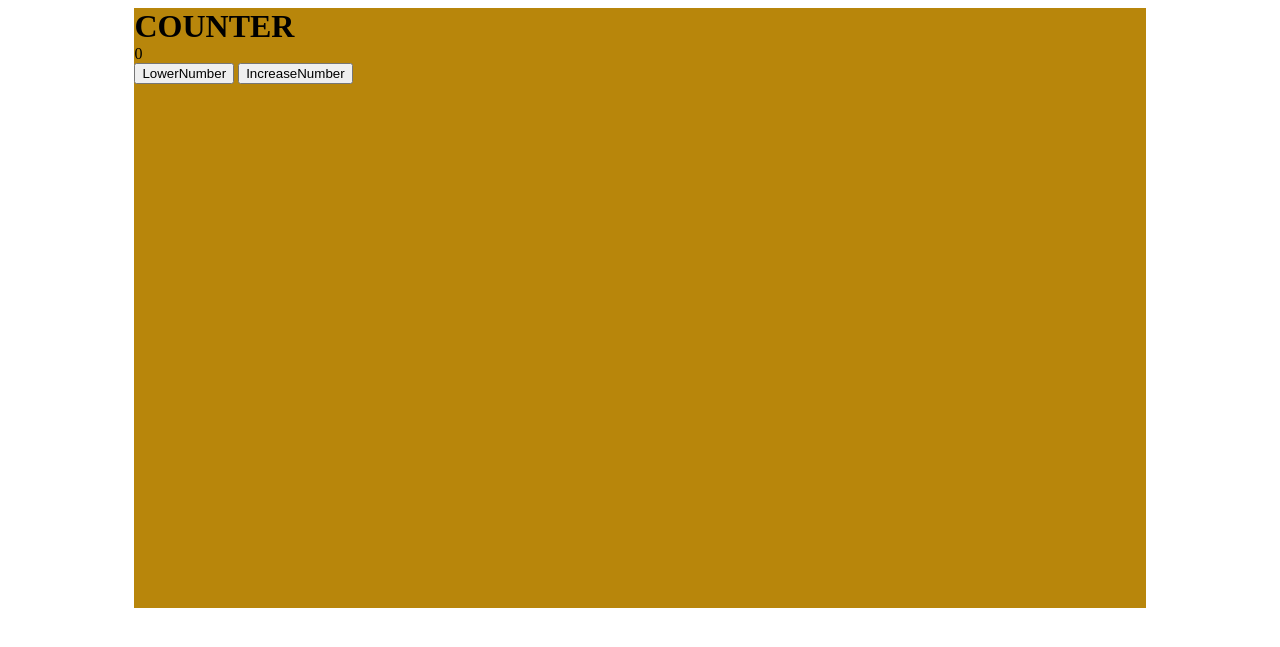
Repository: Sgalstyan06/counterNum
Page: index.html
An editor plug-in stored every save of this project. The page is shown before and after the next save, followed by the edit.
The browser window is 1280 px wide. The pictures show the whole page.

Above is the page before, as saved 2022-02-14 16:46:44.

After the next save:
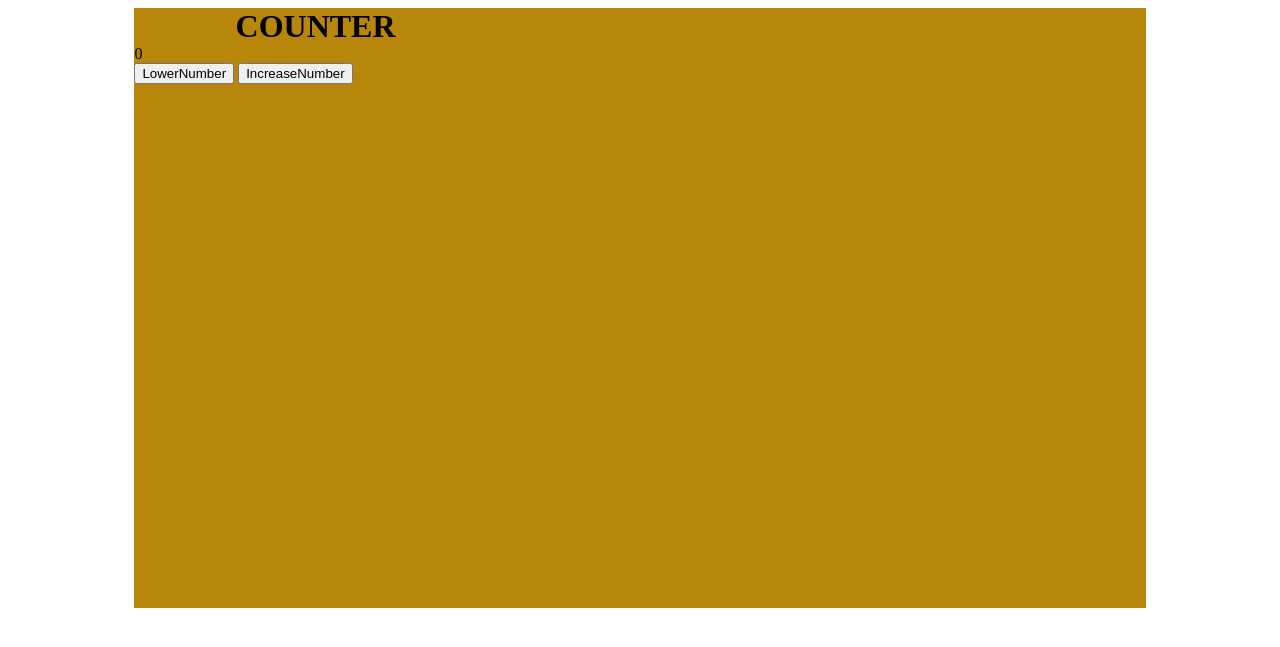
Saved 4 s later.
--- a/style.css
+++ b/style.css
@@ -7,6 +7,6 @@
     flex-direction: column;
 }
 h1{
-    width: ;
+    width: 80%;
     margin: 0 auto;
 }

After the save that followed:
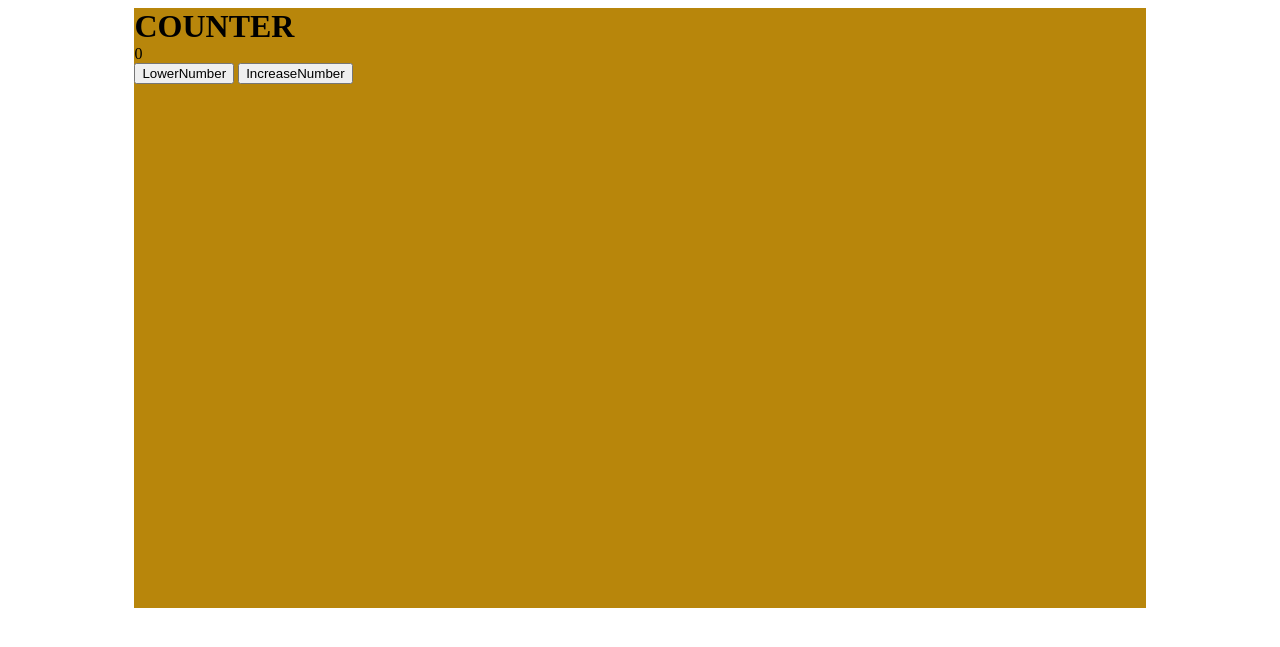
Saved 11 s later.
--- a/style.css
+++ b/style.css
@@ -7,6 +7,6 @@
     flex-direction: column;
 }
 h1{
-    width: 80%;
+    width: 100;
     margin: 0 auto;
 }
